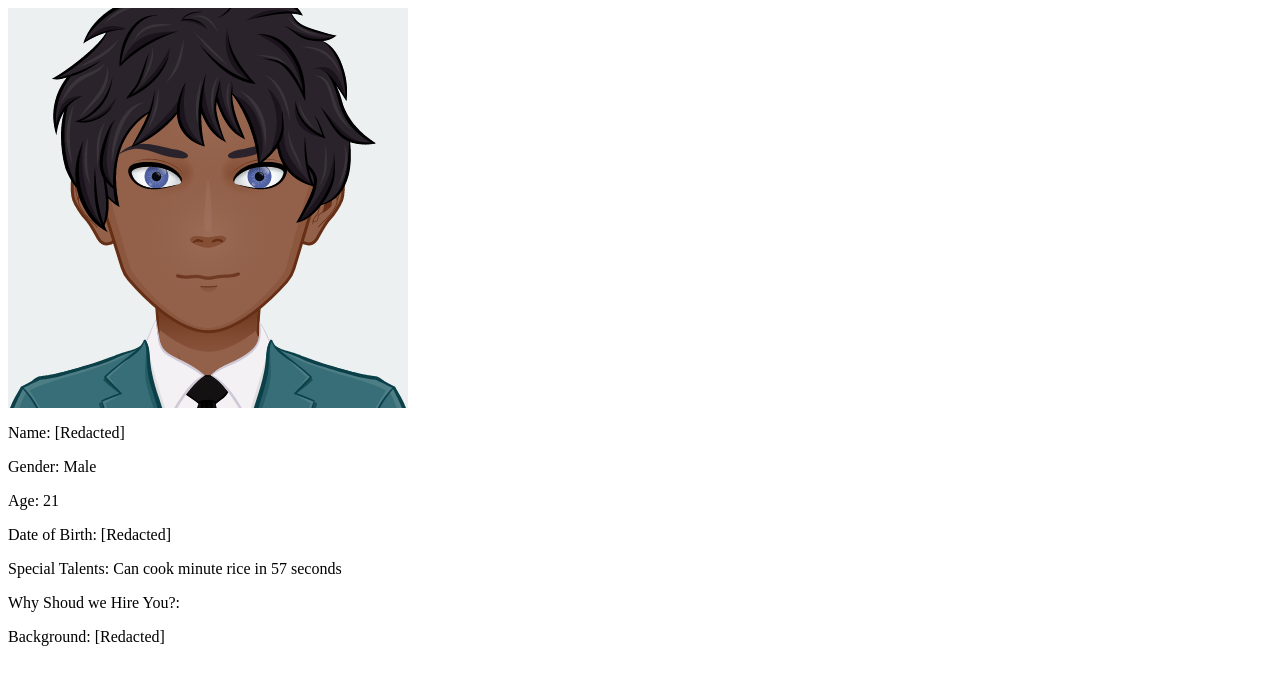
Repository: MatthewSalazar30/MatthewSalazar30.github.io
Page: avatar.html
The author's editor kept a record of every edit. The page is drawn from the files as they stood at one moment, then again after the next edit.
The browser window is 1280 px wide. The pictures show the whole page.

Above is the page before.

### avatar.html
<!DOCTYP\E html>
   <html>
     <head>
       <meta charset="utf-8">
       <style>

.fa {
  padding: 20px;
  font-size: 30px;
  width: 50px;
  text-align: center;
  text-decoration: none;
  margin: 5px 2px;
}
  </style>

       <title>I Scream For Ice Cream!</title>
       <link href="avatar.html" rel="stylesheet" type="text/css">
     </head>
     <body>

        <img src="images/myAvatar.png" />

      <p>Name: [Redacted]</p>
      <p>Gender: Male</p>
      <p>Age: 21</p>
      <p>Date of Birth: [Redacted]</p>
      <p>Special Talents: Can cook minute rice in 57 seconds</p>
      <p>Why Shoud we Hire You?: </p>
      <p>Background: [Redacted]</p>

        <a href="https://tinyurl.com/yx64lbpa" class="fa fa-doge.png"></a>


    </body>
  </html>

After the next edit:
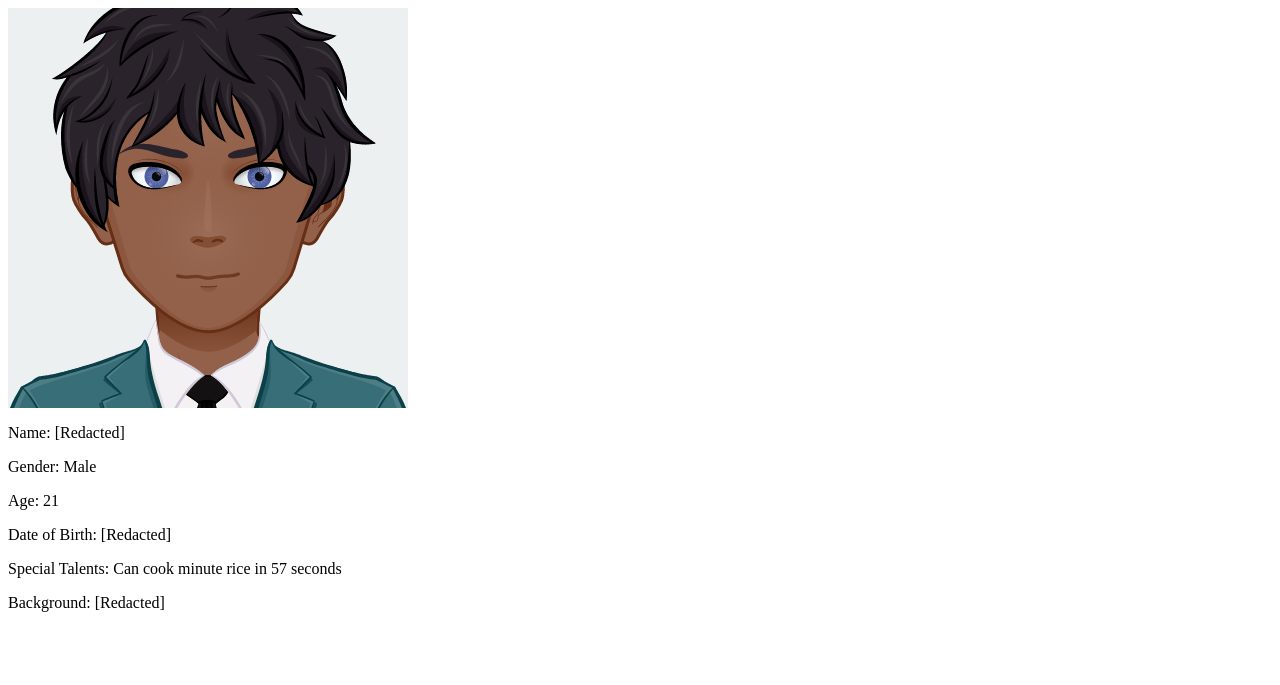
The edit:
--- a/avatar.html
+++ b/avatar.html
@@ -26,7 +26,6 @@
       <p>Age: 21</p>
       <p>Date of Birth: [Redacted]</p>
       <p>Special Talents: Can cook minute rice in 57 seconds</p>
-      <p>Why Shoud we Hire You?: </p>
       <p>Background: [Redacted]</p>
 
         <a href="https://tinyurl.com/yx64lbpa" class="fa fa-doge.png"></a>
